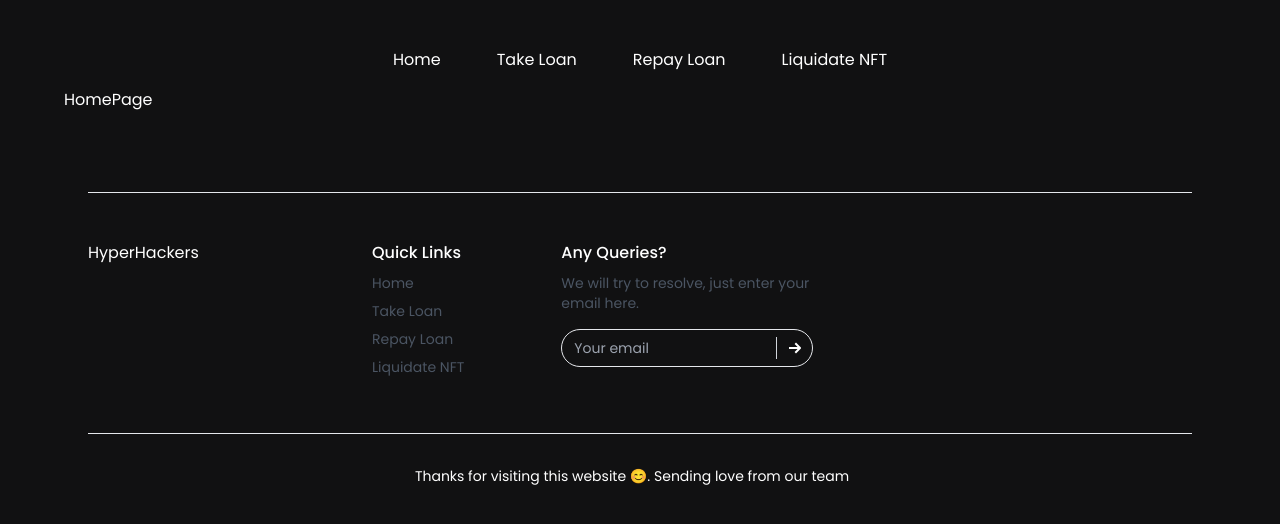
Repository: 0xinit/zkMon
Page: / (app in zkmon-frontend/)
These files come from the project's save history. The page is drawn as it stood at one moment and after the next save; the edit follows.
The browser window is 1280 px wide. The pictures show the whole page.
The project was rebuilt for these pictures with package versions that can differ from the ones it lists, and the page was loaded fresh each time. Also part of the build but not shown: zkmon-frontend/src/pages/Battle.jsx, zkmon-frontend/src/pages/PlayGame.jsx.

Above is the page before, as saved 2023-12-09 17:23:14.

After the next save:
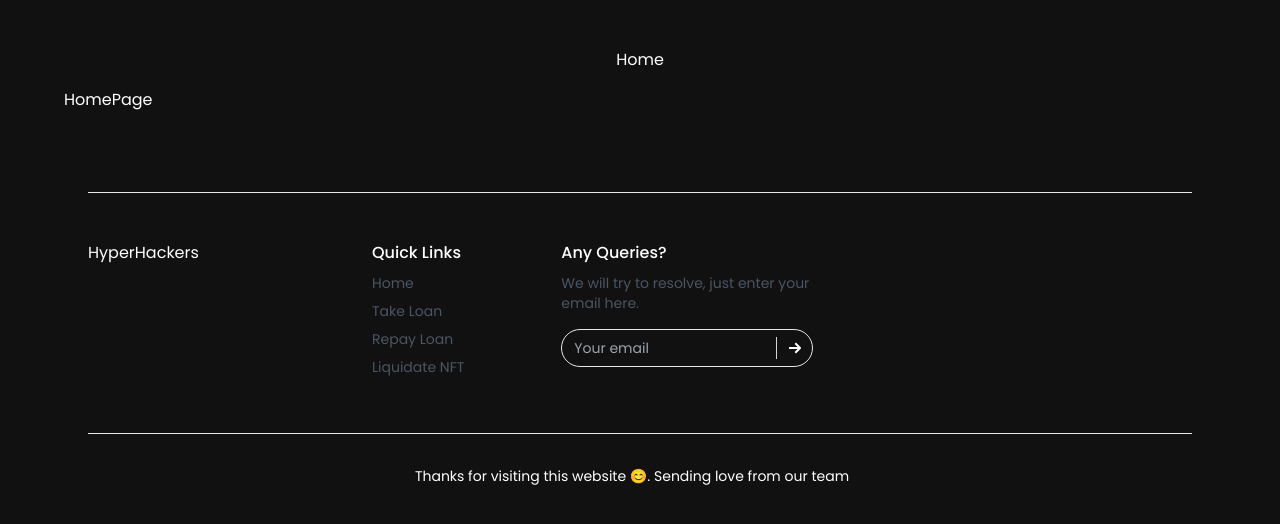
Saved 2 min 18 s later.
--- a/zkmon-frontend/src/components/NavBar.jsx
+++ b/zkmon-frontend/src/components/NavBar.jsx
@@ -16,15 +16,6 @@
         <ul className="flex gap-14 bg-cardBg p-4 md:mt-8 mt-4 rounded-full px-10">
           <Link to="/">
             <li className="cursor-pointer">Home</li>
-          </Link>
-          <Link to="/takeLoan">
-            <li className="cursor-pointer">Take Loan</li>
-          </Link>
-          <Link to="/repayloan">
-            <li className="cursor-pointer">Repay Loan</li>
-          </Link>
-          <Link to="/liquidatenft">
-            <li className="cursor-pointer">Liquidate NFT</li>
           </Link>
         </ul>
       </div>
